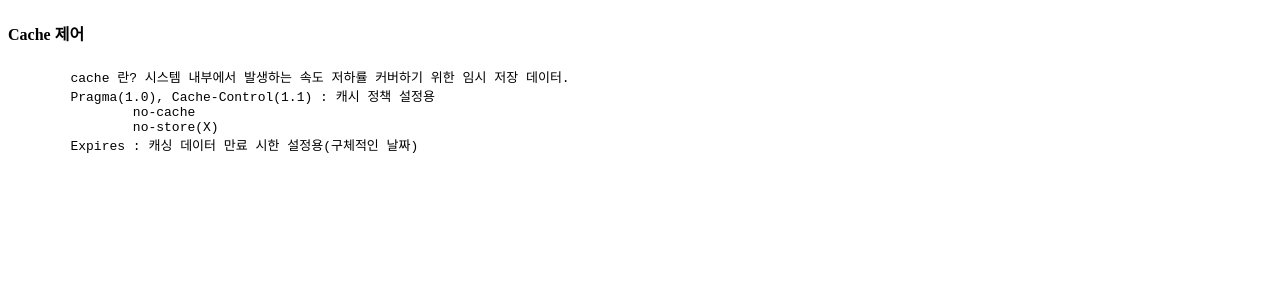
Repository: YOUNARAE/JSP
Page: http://localhost/WebStudy01/05/cacheControl.jsp
These files come from the project's save history. The page is drawn as it stood at one moment and after the next save; the edit follows.
The browser window is 1280 px wide. The pictures show the whole page.
The page is served by Tomcat 9.

Above is the page before, as saved 2022-12-13 07:06:59.

After the next save:
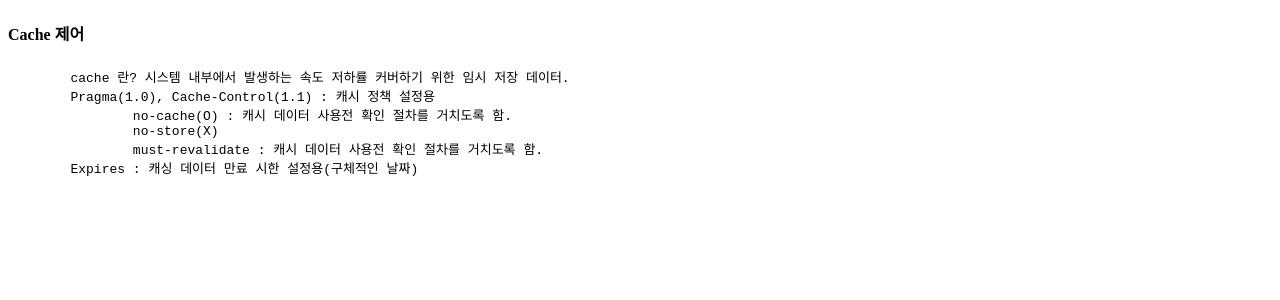
Saved 75 s later.
--- a/WebStudy01/src/main/webapp/05/cacheControl.jsp
+++ b/WebStudy01/src/main/webapp/05/cacheControl.jsp
@@ -11,8 +11,9 @@
 <pre>
 	cache 란? 시스템 내부에서 발생하는 속도 저하률 커버하기 위한 임시 저장 데이터.
 	Pragma(1.0), Cache-Control(1.1) : 캐시 정책 설정용
-		no-cache
+		no-cache(O) : 캐시 데이터 사용전 확인 절차를 거치도록 함.
 		no-store(X)
+		must-revalidate : 캐시 데이터 사용전 확인 절차를 거치도록 함.
 	Expires : 캐싱 데이터 만료 시한 설정용(구체적인 날짜)
 </pre>
 </body>
